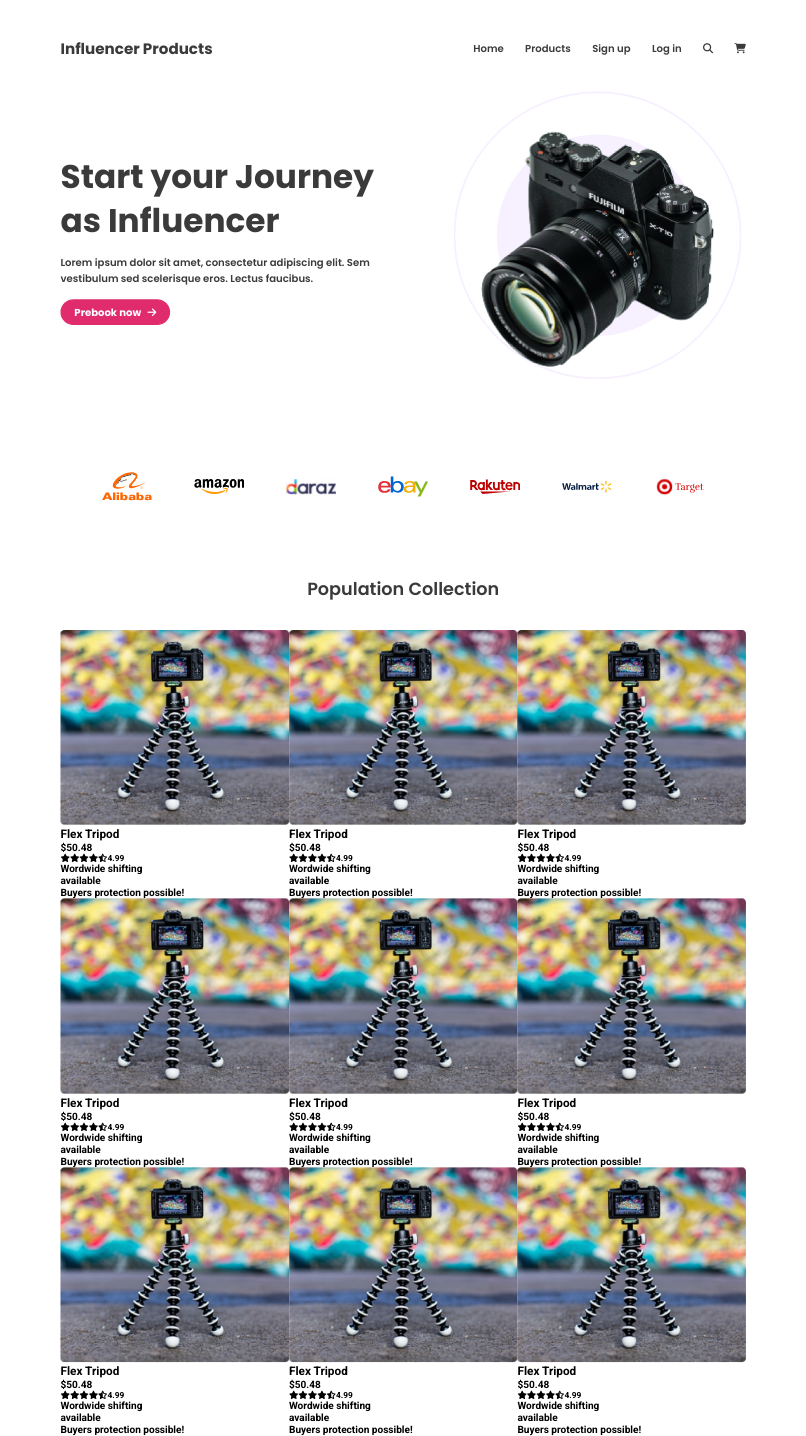
Repository: ShouravAhammed/Influencer-Gear-webpage
Page: index.html
An editor plug-in stored every save of this project. The page is shown before and after the next save, followed by the edit.
The browser window is 1280 px wide. The pictures show the whole page, at 63% of full size.
Some web libraries are served in a nearby version.

Above is the page before, as saved 2024-01-15 02:44:59.

### index.html
<!DOCTYPE html>
<html lang="en">
<head>
    <meta charset="UTF-8">
    <meta name="viewport" content="width=device-width, initial-scale=1.0">
    <!-- title -->
    <title>Influencer Gear</title>
    <!-- linked css -->
    <link rel="stylesheet" href="Style/style.css">
    <!-- fonts icon linked  -->
    <script src="https://kit.fontawesome.com/0d98d502eb.js" crossorigin="anonymous"></script>
</head>
<body>
    <!-- header part start-->
    <header class="header">
        <div class="container">
            <div class="navigation">
                <h3 class="nav-icon">Influencer Products</h3>
                <ul class="nav">
                    <li><a href="">Home</a></li>
                    <li><a href="">Products</a></li>
                    <li><a href="">Sign up</a></li>
                    <li><a href="">Log in</a></li>
                    <li><a href=""><i class="fa-solid fa-magnifying-glass"></i></a></li>
                    <li><a href=""><i class="fa-solid fa-cart-shopping"></i></a></li>
                </ul>
            </div>

            <!-- banner section part  -->
            <section id="banner">
                <div class="banner-content">
                    <h3 class="banner-title">Start your Journey as Influencer</h3>
                    <p class="banner-description">Lorem ipsum dolor sit amet, consectetur adipiscing elit. Sem vestibulum sed scelerisque eros. Lectus faucibus.</p>
                    <button class="primary-btn">Prebook now<i class="fa-solid fa-arrow-right right-arrow"></i></button>
                </div>
                <div class="banner-img">
                        <img src="images/main-camera.png" alt="camera-img">
                </div>
            </section>
            <!-- company section part -->
            <section id="company">
                <div class="company-img">
                    <img src="logos/Alibaba.svg" alt="company-img">
                    <img src="logos/Amazon.svg" alt="company-img">
                    <img src="logos/Daraz.pk Logo.svg" alt="company-img">
                    <img src="logos/Ebay.svg" alt="company-img">
                    <img src="logos/Rakuten.svg" alt="company-img">
                    <img src="logos/Walmart.svg" alt="company-img">
                    <img src="logos/Target.svg" alt="company-img">
                </div>
            </section>
        </div>
    </header>
    <!-- header part end -->
    <!-- main part start -->
    <main>
    <section id="population">
        <div class="container">
            <div class="collection-container">
                <h3 class="collection-title">Population Collection</h3>
                <div class="card-content-box">
                    <div class="card-content">
                        <img src="images/tripod.png" alt="">
                        <h3 class="card-title">Flex Tripod</h3>
                        <h4 class="card-price">$50.48</h4>
                        <h5 class="card-rating"><i class="fa-solid fa-star"></i><i class="fa-solid fa-star"></i><i class="fa-solid fa-star"></i><i class="fa-solid fa-star"></i><i class="fa-solid fa-star-half-stroke"></i>4.99</h5>
                        <p class="card-description">Wordwide shifting <br> available <br>
                            Buyers protection possible!</p>
                    </div>
                    <div class="card-content">
                        <img src="images/tripod.png" alt="">
                        <h3 class="card-title">Flex Tripod</h3>
                        <h4 class="card-price">$50.48</h4>
                        <h5 class="card-rating"><i class="fa-solid fa-star"></i><i class="fa-solid fa-star"></i><i class="fa-solid fa-star"></i><i class="fa-solid fa-star"></i><i class="fa-solid fa-star-half-stroke"></i>4.99</h5>
                        <p class="card-description">Wordwide shifting <br> available <br>
                            Buyers protection possible!</p>
                    </div>
                    <div class="card-content">
                        <img src="images/tripod.png" alt="">
                        <h3 class="card-title">Flex Tripod</h3>
                        <h4 class="card-price">$50.48</h4>
                        <h5 class="card-rating"><i class="fa-solid fa-star"></i><i class="fa-solid fa-star"></i><i class="fa-solid fa-star"></i><i class="fa-solid fa-star"></i><i class="fa-solid fa-star-half-stroke"></i>4.99</h5>
                        <p class="card-description">Wordwide shifting <br> available <br>
                            Buyers protection possible!</p>
                    </div>
                    <div class="card-content">
                        <img src="images/tripod.png" alt="">
                        <h3 class="card-title">Flex Tripod</h3>
                        <h4 class="card-price">$50.48</h4>
                        <h5 class="card-rating"><i class="fa-solid fa-star"></i><i class="fa-solid fa-star"></i><i class="fa-solid fa-star"></i><i class="fa-solid fa-star"></i><i class="fa-solid fa-star-half-stroke"></i>4.99</h5>
                        <p class="card-description">Wordwide shifting <br> available <br>
                            Buyers protection possible!</p>
                    </div>
                    <div class="card-content">
                        <img src="images/tripod.png" alt="">
                        <h3 class="card-title">Flex Tripod</h3>
                        <h4 class="card-price">$50.48</h4>
                        <h5 class="card-rating"><i class="fa-solid fa-star"></i><i class="fa-solid fa-star"></i><i class="fa-solid fa-star"></i><i class="fa-solid fa-star"></i><i class="fa-solid fa-star-half-stroke"></i>4.99</h5>
                        <p class="card-description">Wordwide shifting <br> available <br>
                            Buyers protection possible!</p>
                    </div>
                    <div class="card-content">
                        <img src="images/tripod.png" alt="">
                        <h3 class="card-title">Flex Tripod</h3>
                        <h4 class="card-price">$50.48</h4>
                        <h5 class="card-rating"><i class="fa-solid fa-star"></i><i class="fa-solid fa-star"></i><i class="fa-solid fa-star"></i><i class="fa-solid fa-star"></i><i class="fa-solid fa-star-half-stroke"></i>4.99</h5>
                        <p class="card-description">Wordwide shifting <br> available <br>
                            Buyers protection possible!</p>
                    </div>
                    <div class="card-content">
                        <img src="images/tripod.png" alt="">
                        <h3 class="card-title">Flex Tripod</h3>
                        <h4 class="card-price">$50.48</h4>
                        <h5 class="card-rating"><i class="fa-solid fa-star"></i><i class="fa-solid fa-star"></i><i class="fa-solid fa-star"></i><i class="fa-solid fa-star"></i><i class="fa-solid fa-star-half-stroke"></i>4.99</h5>
                        <p class="card-description">Wordwide shifting <br> available <br>
                            Buyers protection possible!</p>
                    </div>
                    <div class="card-content">
                        <img src="images/tripod.png" alt="">
                        <h3 class="card-title">Flex Tripod</h3>
                        <h4 class="card-price">$50.48</h4>
                        <h5 class="card-rating"><i class="fa-solid fa-star"></i><i class="fa-solid fa-star"></i><i class="fa-solid fa-star"></i><i class="fa-solid fa-star"></i><i class="fa-solid fa-star-half-stroke"></i>4.99</h5>
                        <p class="card-description">Wordwide shifting <br> available <br>
                            Buyers protection possible!</p>
                    </div>
                    <div class="card-content">
                        <img src="images/tripod.png" alt="">
                        <h3 class="card-title">Flex Tripod</h3>
                        <h4 class="card-price">$50.48</h4>
                        <h5 class="card-rating"><i class="fa-solid fa-star"></i><i class="fa-solid fa-star"></i><i class="fa-solid fa-star"></i><i class="fa-solid fa-star"></i><i class="fa-solid fa-star-half-stroke"></i>4.99</h5>
                        <p class="card-description">Wordwide shifting <br> available <br>
                            Buyers protection possible!</p>
                    </div>
                </div>
            </div>
        </div>
    </section>
    </main>
    <!-- main part end -->
    <!-- footer part start-->
    <footer>

    </footer>
    <!-- footer part end -->
</body>
</html>

### Style/style.css
/*  Import fonts from google fonts */
@import url('https://fonts.googleapis.com/css2?family=Inter:wght@400;700&family=Manrope:wght@700&family=Poppins:ital,wght@0,300;0,400;0,500;0,600;0,700;0,800;0,900;1,200;1,300;1,400;1,500;1,600;1,700;1,800;1,900&family=Roboto:wght@700&display=swap');

/* all body measuring manually */
*{
    margin: 0;
    padding: 0;
    outline: 0;
    box-sizing: border-box;
}
body{
    font-family: 'Inter', sans-serif;
    font-family: 'Manrope', sans-serif;
    font-family: 'Poppins', sans-serif;
    font-family: 'Roboto', sans-serif;
}

/* root color and fonts */
:root{
    --primary-color:#E02C6D;
    --color: #3A3A3A;
    --card-title-color: #18191F;
    --card-price-Color: rgba(0, 0, 0, 0.87);
    --card-description-color: #787885;
}
/* container */
.container{
    width: 85%;
    margin: 0 auto;
}
/* primary button */
.primary-btn{
    color: #FFF;
    background-color: var(--primary-color);
    font-family: Poppins;
    font-size: 1rem;
    font-weight: 700;
    padding: 6px 20px;
    border: 2px solid var(--primary-color);
    border-radius: 41px;
    margin-top: 20px;
}
.right-arrow{
    padding-left: 10px;
}
/* header part css style */
.header{
    margin: 60px 0 100px 0;
}
/* navigation part css style */
.navigation{
    display: flex;
    justify-content: space-between;
    align-items: center;
    margin-bottom: 50px;
}
.nav-icon{
    color: var(--color);
    font-feature-settings: 'clig' off, 'liga' off;
    font-family: Poppins;
    font-size: 1.5rem;
    font-weight: 700;
}
.navigation > .nav{
    display: flex;
    gap: 34px;
}
.nav li{
    list-style: none;
}
.nav li a{
    color: #3A3A3A;
    font-feature-settings: 'clig' off, 'liga' off;
    font-family: Poppins;
    font-size: 1rem;
    font-weight: 600;
    text-decoration: none;
}
/* banner section css style */

#banner{
    display: flex;
    gap: 80px;
}
.banner-content{
    margin-top: 100px;
    width: 50%;
}
.banner-title{
    color: var(--color);
    font-family: Poppins;
    font-size: 52px;
    font-weight: 700;
    line-height: 70px;
    padding-bottom: 20px;
}
.banner-description{
    color: var(--color);
    font-family: Poppins;
    font-size: 1rem;
    font-weight: 600;
}
.banner-img{
    background-image: url(../images/Circle\ design.svg);
    height: 600px;
    width: 42%;
    background-position: top right;
    background-repeat: no-repeat;
    background-size: contain;
}
.banner-img img {
    position: relative;
    width: 444px;
    left: 13px;
    top: 40px;
}
/* company section css style */
.company-img{
    display: flex;
    justify-content: space-evenly;
    align-items: center;
}
.company-img img{
    width: 80px;
    height: 55px;
    transition: all ease 0.5s;
}
.company-img img:hover{
    filter: grayscale(1);
    transform: scale(1.5);
}

/* population collection section css style */
#population{

}
.collection-container .collection-title{
    color: var(--color);
    font-family: Poppins;
    font-size: 28px;
    font-weight: 600;
    line-height: 70px;
    text-align: center;
    margin-bottom: 30px;
}
.card-content-box{
    display: grid;
    grid-template-columns: repeat(3, 1fr);
}
.card-content img{
    width: 100%;
}











@media only screen and (max-width: 576px){

    .navigation{
        flex-direction: column;
    }
    #banner{
        flex-direction: column-reverse;
        gap: 20px;
    }
    .banner-content{
        width: 100%;
        text-align: center;
        margin-top: 0;
    }
    .banner-title{
        font-size: 2rem;
        line-height: normal;
    }
    .banner-img {
        height: 100%;
        width: 100%;
        background-position: center;
    }
    .banner-img img {
        width: 100%;
        left: 13px;
        top: 5px;
    }



    #company{
        margin-top: 50px;
    }
    .company-img {
        gap: 10px;
        flex-wrap: wrap;
    }
    .company-img img{
        width: 20%
    }

}

After the next save:
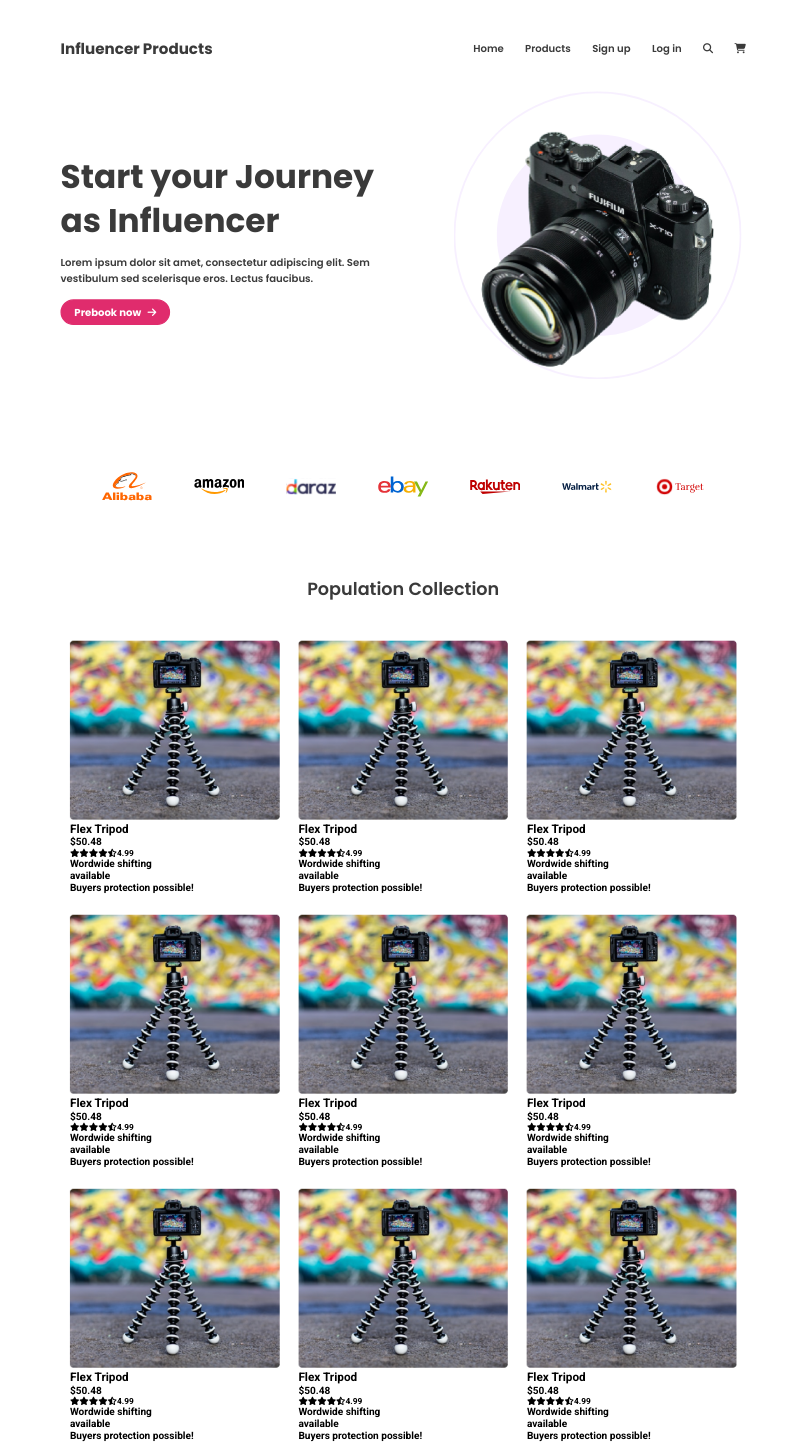
Saved 111 s later.
--- a/Style/style.css
+++ b/Style/style.css
@@ -147,6 +147,9 @@
     display: grid;
     grid-template-columns: repeat(3, 1fr);
 }
+.card-content{
+    padding: 17px 15px;
+}
 .card-content img{
     width: 100%;
 }
